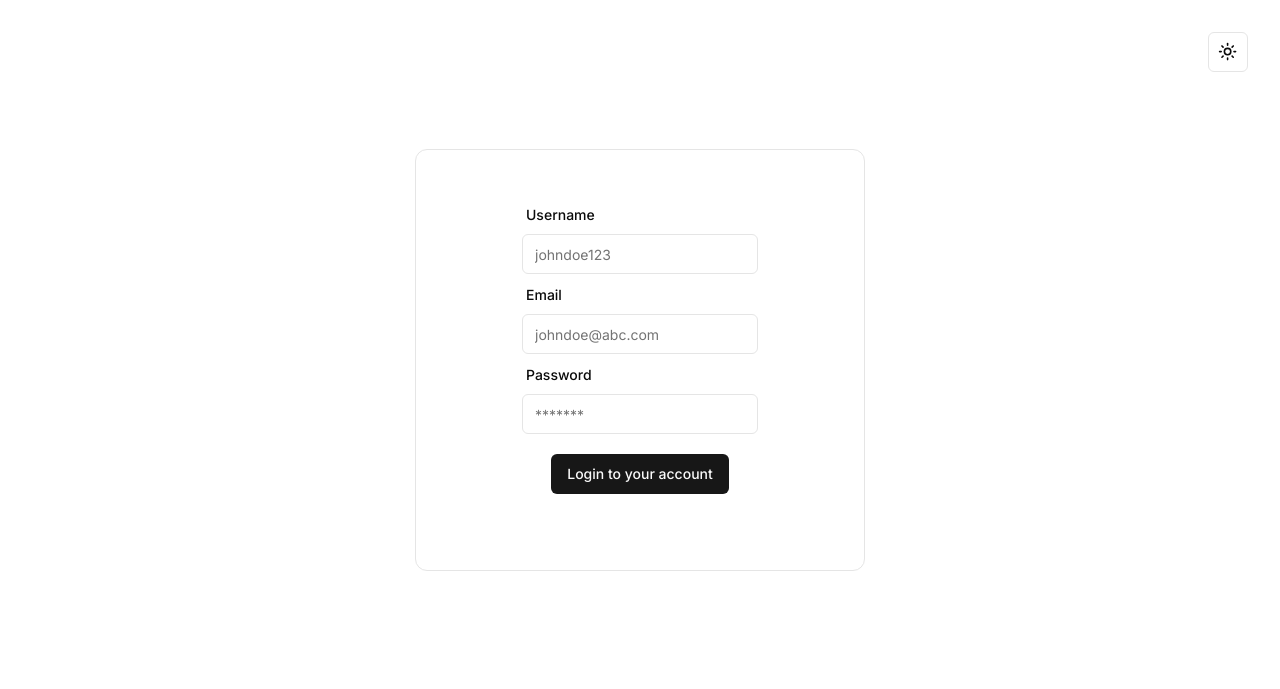
Repository: nickgoel31/authentication-toolkit
Page: /sign-up
An editor plug-in stored every save of this project. The page is shown before and after the next save, followed by the edit.
The browser window is 1280 px wide. The pictures show the whole page.
The project was rebuilt for these pictures with package versions that can differ from the ones it lists, and the page was loaded fresh each time. The framework's server and built-in components were replaced by stand-ins that run in the browser. Also part of the build but not shown: next.config.mjs.

Above is the page before, as saved 2024-02-04 13:57:24.

After the next save:
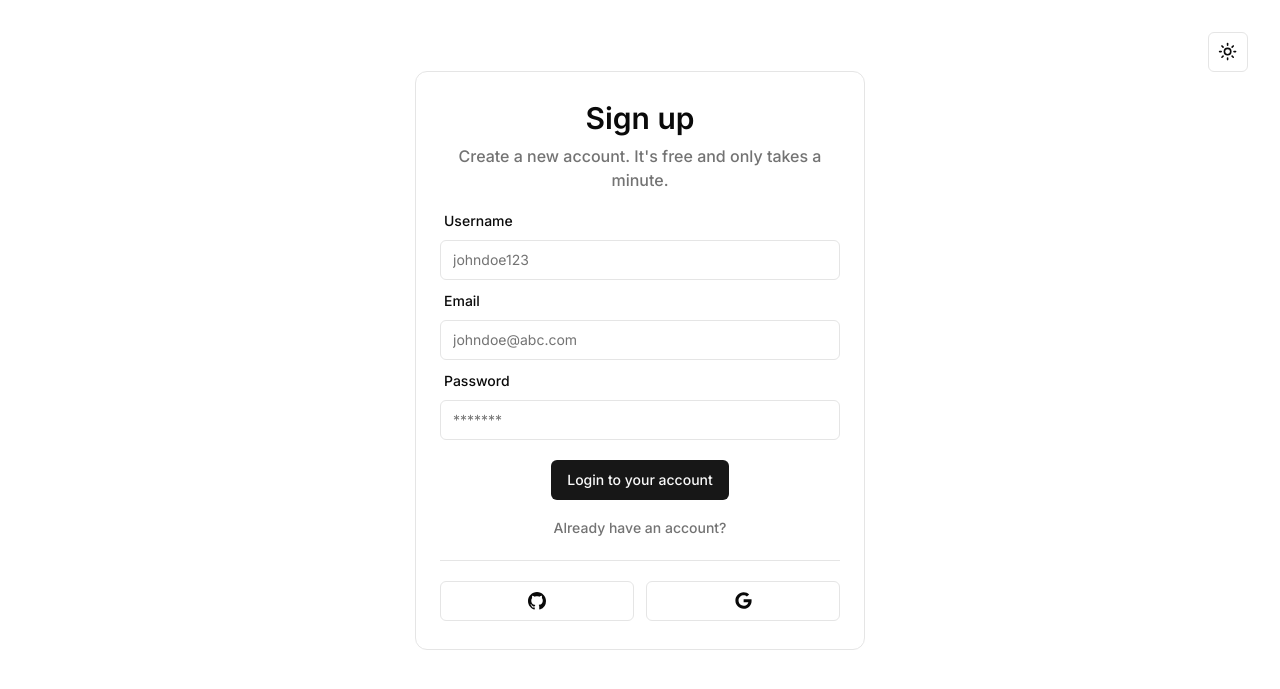
Saved 50 s later.
--- a/app/(auth)/sign-up/page.tsx
+++ b/app/(auth)/sign-up/page.tsx
@@ -5,7 +5,11 @@ import React from 'react'
 const SignUpPage = () => {
   return (
     <FormWrapper
-
+    title='Sign up'
+    tag="Create a new account. It's free and only takes a minute."
+    backLabel='Already have an account?'
+    backHref='/sign-in'
+    showSocial
     >
       <SignUpForm />
     </FormWrapper>
